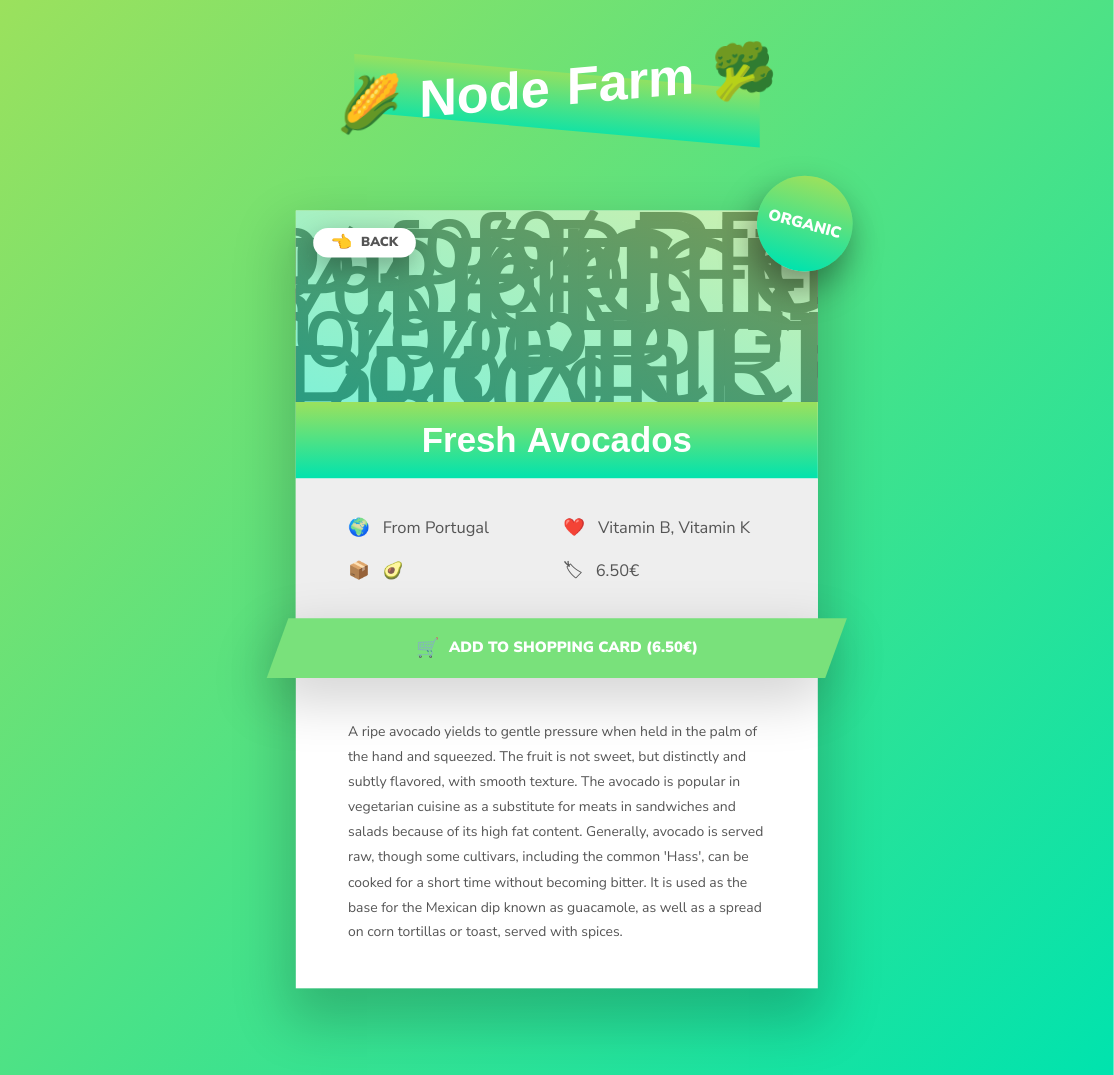
Repository: 13-Joban/Node_Farm_Backend
Page: templates/product.html
An editor plug-in stored every save of this project. The page is shown before and after a run of saves, followed by the edit.
The browser window is 1280 px wide. The pictures show the whole page, at 87% of full size.
Some web fonts or font styles are not loaded; a fallback is used.

Above is the page before, as saved 2022-07-16 16:59:13.

### templates/product.html
<!DOCTYPE html>
<html lang="en">
  <head>
    <meta charset="UTF-8" />
    <meta name="viewport" content="width=device-width, initial-scale=1.0" />
    <meta http-equiv="X-UA-Compatible" content="ie=edge" />
    <link
      href="https://fonts.googleapis.com/css?family=Megrim|Nunito+Sans:400,900"
      rel="stylesheet"
    />
    <link
      rel="icon"
      href="https://emojipedia-us.s3.dualstack.us-west-1.amazonaws.com/thumbs/240/apple/155/ear-of-maize_1f33d.png"
    />

    <title>Fresh Avocados 🥑 /// NODE FARM</title>

    <style>
      *,
      *::before,
      *::after {
        margin: 0;
        padding: 0;
        box-sizing: inherit;
      }

      html {
        font-size: 62.5%;
        box-sizing: border-box;
      }

      body {
        padding: 5rem 5rem 10rem;
        line-height: 1.7;
        font-family: 'Nunito Sans', sans-serif;
        color: #555;
        min-height: 100vh;
        background: linear-gradient(to bottom right, #9be15d, #00e3ae);
      }

      h1 {
        font-family: 'Megrim', sans-serif;
        font-size: 6rem;
        color: white;
        transform: skewY(-5deg);
        text-align: center;
        position: relative;
        word-spacing: 3px;
      }

      h1::before {
        content: '';
        display: block;
        height: 65%;
        width: 49%;
        position: absolute;
        top: 105%;
        left: 50%;
        background: linear-gradient(to bottom, #9be15d, #00e3ae);
        opacity: 0.8;
        z-index: -1;
        transform: skewY(370deg) translate(-50%, -50%);
      }

      .container {
        width: 95rem;
        margin: 0 auto;
      }

      .product {
        width: 60rem;
        margin: 0 auto;
        margin-top: 9rem;
        background: white;
        box-shadow: 0 3rem 6rem 1rem rgba(0, 0, 0, 0.2);
        position: relative;
      }

      .product__hero {
        position: relative;
        height: 22rem;
        overflow: hidden;
      }

      .product__hero::before {
        content: '';
        display: block;
        height: 100%;
        width: 100%;
        position: absolute;
        top: 0;
        left: 0;
        background-image: linear-gradient(to left bottom, #9be15d, #00e3ae);
        opacity: 0.5;
        z-index: 100;
      }

      .product__emoji {
        font-size: 15rem;
        position: absolute;
      }

      .product__emoji--1 {
        top: -4rem;
        left: -2rem;
        z-index: 10;
      }

      .product__emoji--2 {
        top: -6rem;
        left: 9rem;
      }

      .product__emoji--3 {
        top: -4rem;
        right: 15rem;
      }

      .product__emoji--4 {
        top: -5rem;
        right: 2rem;
        z-index: 10;
      }

      .product__emoji--5 {
        bottom: -9rem;
        left: 18rem;
      }

      .product__emoji--6 {
        bottom: -8rem;
        left: 5rem;
      }

      .product__emoji--7 {
        bottom: -12rem;
        right: 14rem;
      }

      .product__emoji--8 {
        bottom: -8rem;
        right: -2rem;
      }

      .product__emoji--9 {
        top: -7rem;
        left: 19rem;
      }

      .product__organic {
        position: absolute;
        top: -4rem;
        right: -4rem;
        z-index: 1000;
        height: 11rem;
        width: 11rem;
        background-image: linear-gradient(to bottom, #9be15d, #00e3ae);
        border-radius: 50%;
        transform: rotate(15deg);
        box-shadow: 0 2rem 4rem rgba(0, 0, 0, 0.4);
        display: flex;
        align-items: center;
        justify-content: center;
      }

      .product__organic h5 {
        font-weight: 900;
        text-transform: uppercase;
        font-size: 1.8rem;
        color: white;
      }

      .product__back:link,
      .product__back:visited {
        position: absolute;
        top: 2rem;
        left: 2rem;
        font-size: 1.5rem;
        font-weight: 700;
        text-transform: uppercase;
        text-decoration: none;
        z-index: 1000;
        color: #555;
        background-color: white;
        box-shadow: 0 1rem 3rem rgba(0, 0, 0, 0.3);
        border-radius: 100rem;
        padding: 0 2rem;
        transition: all 0.3s;
        display: flex;
        align-items: center;
      }

      .product__back:hover,
      .product__back:active {
        background-color: #79e17b;
      }

      .product__name {
        background: linear-gradient(to bottom, #9be15d, #00e3ae);
        padding: 1rem;
        font-family: 'Megrim', sans-serif;
        font-size: 4rem;
        color: white;
        text-align: center;
        word-spacing: 2px;
      }

      .product__details {
        background-color: #eee;
        padding: 4rem 6rem;
        font-size: 1.9rem;
        display: grid;
        grid-template-columns: 1fr 1fr;
        grid-gap: 1.5rem;
      }

      .product__description {
        padding: 5rem 6rem;
        font-size: 1.6rem;
        line-height: 1.8;
      }

      .product__link:link,
      .product__link:visited {
        display: block;
        background-color: #79e17b;
        color: white;
        font-size: 1.6rem;
        font-weight: 700;
        text-transform: uppercase;
        text-decoration: none;
        padding: 1.5rem;
        text-align: center;
        transform: scale(1.07) skewX(-20deg);
        box-shadow: 0 2rem 6rem rgba(0, 0, 0, 0.2);
        display: flex;
        align-items: center;
        justify-content: center;
        transition: all 0.3s;
      }

      .product__link:hover,
      .product__link:active {
        background-color: #9be15d;
        transform: scale(1.1) skewX(-20deg);
      }

      .product__link span {
        transform: skewX(20deg);
      }

      .emoji-left {
        font-size: 2rem;
        margin-right: 1rem;
      }

      .emoji-right {
        font-size: 2rem;
        margin-left: 1rem;
      }

      .not-organic {
        display: none;
      }
    </style>
  </head>

  <body>
    <div class="container">
      <h1>🌽 Node Farm 🥦</h1>

      <figure class="product">
        <div class="product__organic"><h5>Organic</h5></div>
        <a href="#" class="product__back">
          <span class="emoji-left">👈</span>Back
        </a>
        <div class="product__hero">
          <span class="product__emoji product__emoji--1">{%PRICE}</span>
          <span class="product__emoji product__emoji--2">{%PRICE}</span>
          <span class="product__emoji product__emoji--3">{%PRICE}</span>
          <span class="product__emoji product__emoji--4">{%PRICE}</span>
          <span class="product__emoji product__emoji--5">{%PRICE}</span>
          <span class="product__emoji product__emoji--6">{%PRICE}</span>
          <span class="product__emoji product__emoji--7">{%PRICE}</span>
          <span class="product__emoji product__emoji--8">{%PRICE}</span>
          <span class="product__emoji product__emoji--9">{%PRICE}</span>
        </div>
        <h2 class="product__name">Fresh Avocados</h2>
        <div class="product__details">
          <p><span class="emoji-left">🌍</span> From Portugal</p>
          <p><span class="emoji-left">❤️</span> Vitamin B, Vitamin K</p>
          <p><span class="emoji-left">📦</span>  🥑</p>
          <p><span class="emoji-left">🏷</span> 6.50€</p>
        </div>

        <a href="#" class="product__link">
          <span class="emoji-left">🛒</span>
          <span>Add to shopping card (6.50€)</span>
        </a>

        <p class="product__description">
          A ripe avocado yields to gentle pressure when held in the palm of the
          hand and squeezed. The fruit is not sweet, but distinctly and subtly
          flavored, with smooth texture. The avocado is popular in vegetarian
          cuisine as a substitute for meats in sandwiches and salads because of
          its high fat content. Generally, avocado is served raw, though some
          cultivars, including the common 'Hass', can be cooked for a short time
          without becoming bitter. It is used as the base for the Mexican dip
          known as guacamole, as well as a spread on corn tortillas or toast,
          served with spices.
        </p>
      </figure>

    </div>
  </body>
</html>

After the next 4 saves:
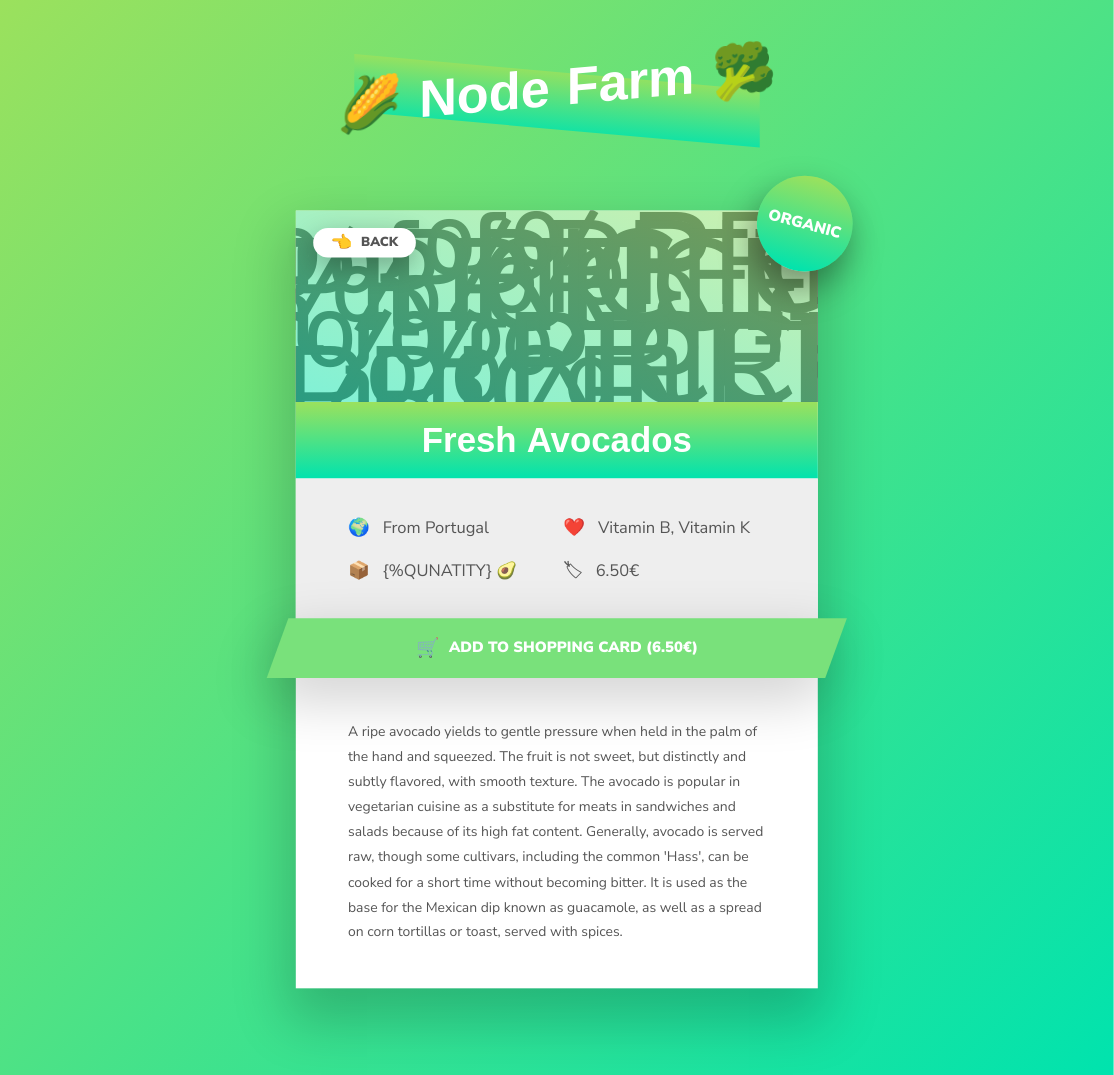
The 4 saves are shown as one change because they came seconds apart.
The last was saved 11 s later.
--- a/templates/product.html
+++ b/templates/product.html
@@ -289,7 +289,7 @@
         <div class="product__details">
           <p><span class="emoji-left">🌍</span> From Portugal</p>
           <p><span class="emoji-left">❤️</span> Vitamin B, Vitamin K</p>
-          <p><span class="emoji-left">📦</span>  🥑</p>
+          <p><span class="emoji-left">📦</span> {%QUNATITY} 🥑</p>
           <p><span class="emoji-left">🏷</span> 6.50€</p>
         </div>
 
